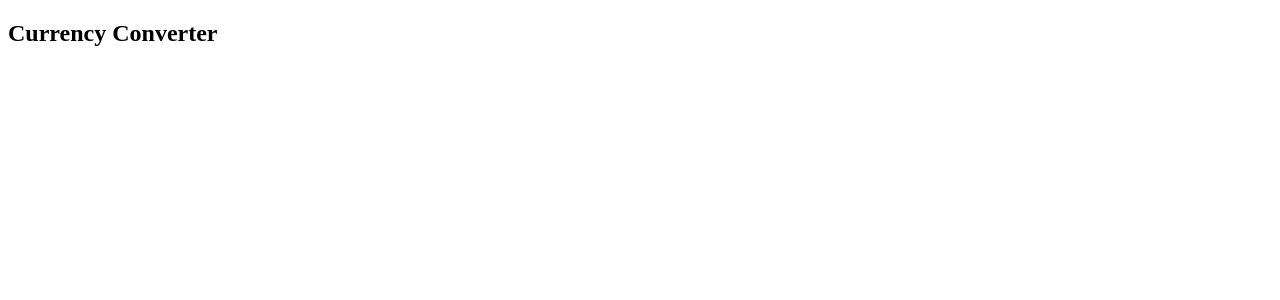
Repository: Kunal-Rajput76/currency-converter
Page: index.html
The author's editor kept a copy of each file at every save. The page is drawn from the files as they stood at one save, then again after a run of saves.
The browser window is 1280 px wide. The pictures show the whole page.

Above is the page before, as saved 2025-10-15 13:10:53.

### index.html
<!DOCTYPE html>
<html lang="en">
<head>
    <meta charset="UTF-8">
    <meta name="viewport" content="width=device-width, initial-scale=1.0">
    <title>Currency Converter</title>
    <link rel="stylesheet" href="style.css">
</head>
<body>
    <div class="container">
        <h2>Currency Converter</h2>
        <form >
            <div class="amount">
                <p></p>
            </div>
        </form>
    </div>
</body>
</html>

Loaded but not shown: style.css (no copy from this time; the picture is the same without it)

After the next 4 saves:
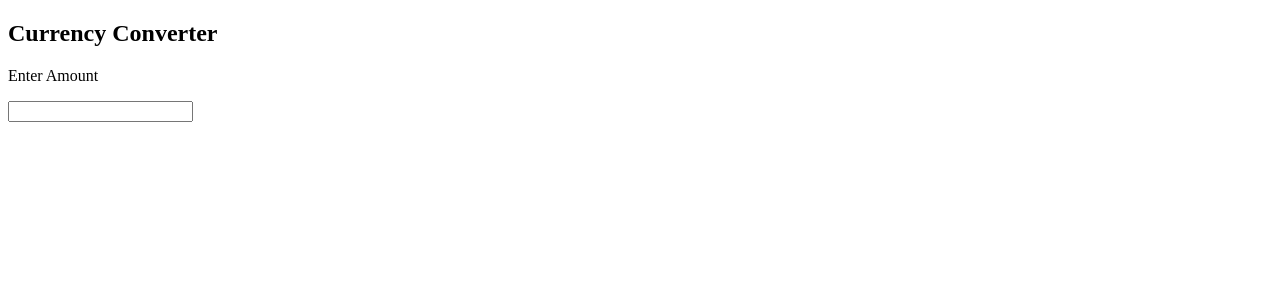
The 4 saves are shown as one change because they came seconds apart.
The last was saved 14 s later.
--- a/index.html
+++ b/index.html
@@ -11,7 +11,8 @@
         <h2>Currency Converter</h2>
         <form >
             <div class="amount">
-                <p></p>
+                <p>Enter Amount</p>
+                <input value=""
             </div>
         </form>
     </div>
